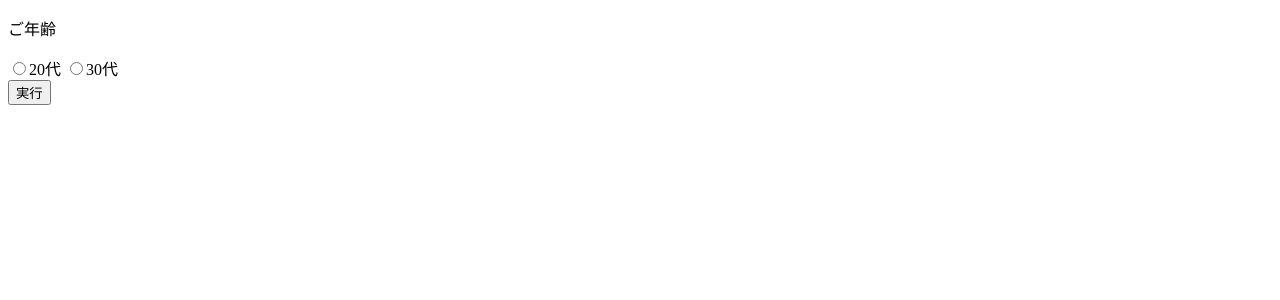
Repository: hikidayuki/samurai_HTML-CSS
Page: garvvage.html
The author's editor kept a record of every edit. The page is drawn from the files as they stood at one moment, then again after the next edit.
The browser window is 1280 px wide. The pictures show the whole page.

Above is the page before.

After the next edit:
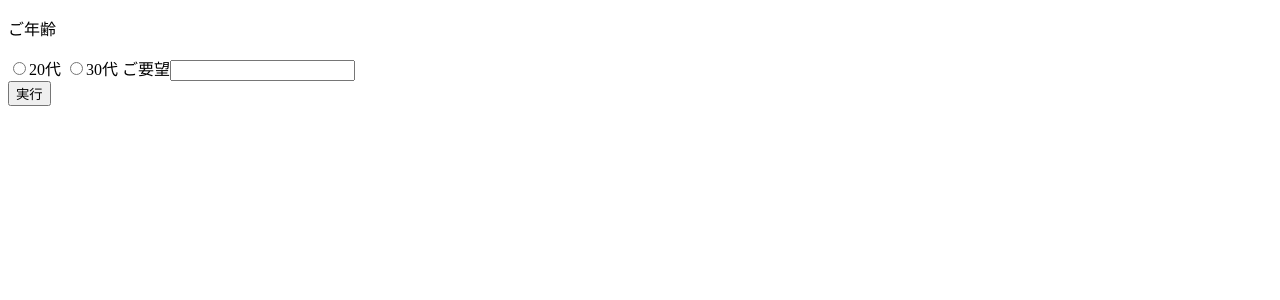
The edit:
--- a/garvvage.html
+++ b/garvvage.html
@@ -10,6 +10,7 @@
     <p>ご年齢</p>
     <list><input type ="radio" name ="age"　value ="20">20代</list>
     <list><input type ="radio" name ="age" value = "30">30代</list>
+    <list>ご要望<input type ="text" name ="ご要望" value = ></list>
     </div>
     </form>
     <button id = btn>実行</button>
